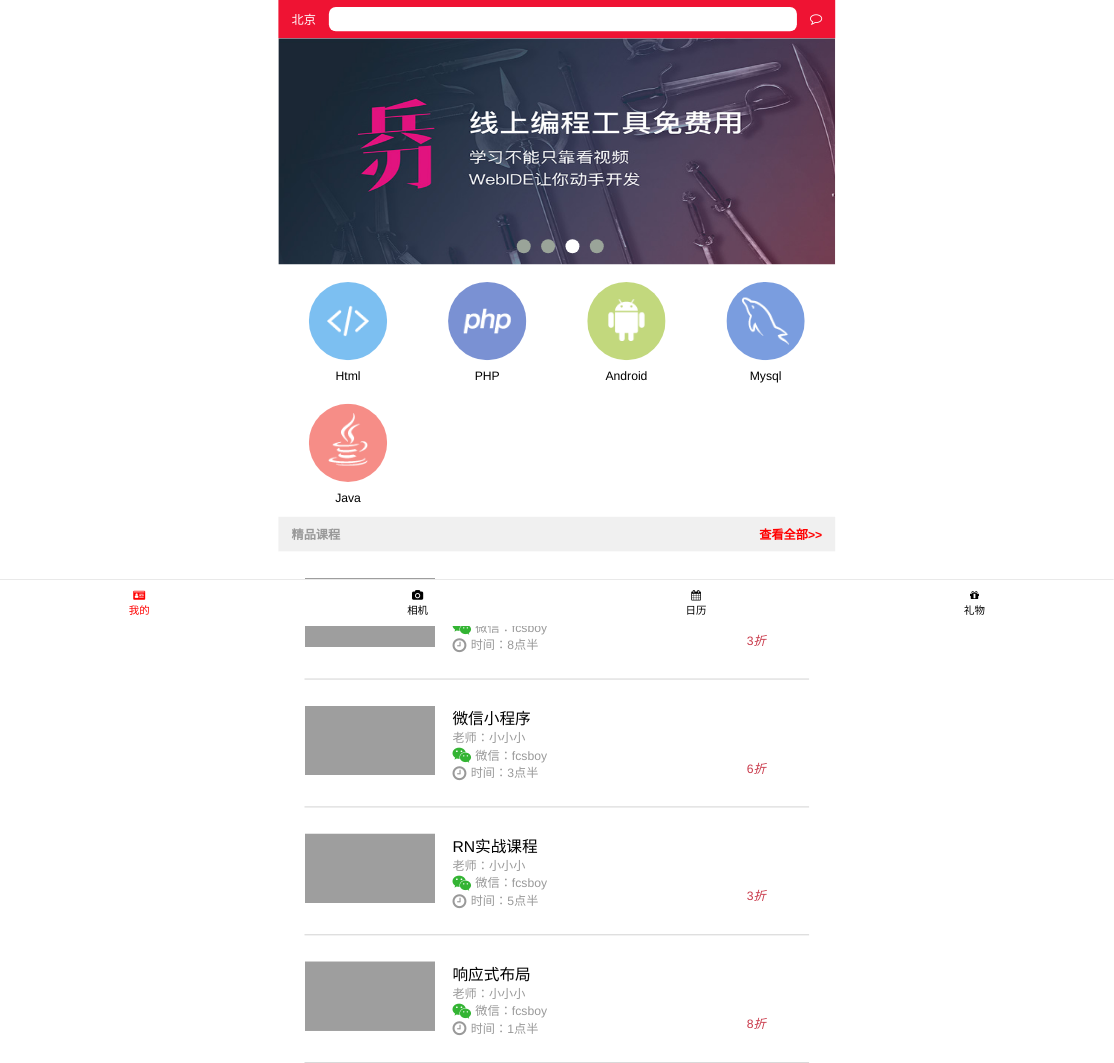
Repository: zhenzhen-gong/flextContent
Page: index.html
These files come from the project's save history. The page is drawn as it stood at one moment and after the next save; the edit follows.
The browser window is 1280 px wide. The pictures show the whole page, at 87% of full size.
Pictures or frames that could not be fetched are drawn as grey boxes.

Above is the page before, as saved 2020-06-19 10:53:34.

### index.html
<!DOCTYPE html>
<html lang="en">

<head>
    <meta charset="UTF-8">
    <meta name="viewport" content="width=device-width, initial-scale=1.0">
    <title>移动端响应式小项目</title>
    <link rel="stylesheet" href="css/style.css">
    <link rel="stylesheet" href="css/font-awesome/css/font-awesome.min.css">
    <script src="http://cdn.bootcss.com/jquery/1.12.4/jquery.js"></script>
    <script src="script.js"></script>
</head>

<body>
    <div class="Tbox">
        <header>
            <a href="#" class="left-address">北京</a>
            <input class="middle-form" name="search">
            <a href="#" class="right-message">
                <i class="fa fa-comment-o"></i>
            </a>
        </header>
        <section>
            <div class="imgholder">
                <div class="imgBox" id="imgBox">
                    <div class="imgcontent active"><img src="img/banner1.jpg" alt="图片加载失败"></div>
                    <div class="imgcontent"><img src="img/banner2.jpg" alt="图片加载失败"></div>
                    <div class="imgcontent"><img src="img/banner3.jpg" alt="图片加载失败"></div>
                    <div class="imgcontent"><img src="img/banner4.jpg" alt="图片加载失败"></div>
                </div>
                <div class="imgCircle" id="imgCircle">
                    <span class="active"></span>
                    <span></span>
                    <span></span>
                    <span></span>
                </div>
            </div>
            <div class="content">
                <div>
                    <img src="img/1.png" alt="">
                    <span>Html</span>
                </div>
                <div>
                    <img src="img/2.png" alt="">
                    <span>PHP</span>
                </div>
                <div>
                    <img src="img/3.png" alt="">
                    <span>Android</span>
                </div>
                <div>
                    <img src="img/4.png" alt="">
                    <span>Mysql</span>
                </div>
                <div>
                    <img src="img/5.png" alt="">
                    <span>Java</span>
                </div>
            </div>
            <div class="nav">
                <span>精品课程</span>
                <span>查看全部>></span>
            </div>
            <div class="items">
                <div class="item">
                    <div class="item_left">
                        <img src="http://szimg.mukewang.com/5806de7c00014a3105400300-360-202.jpg" alt="">
                    </div>
                    <div class="item_center">
                        <p>jQuery实战课程</p>
                        <p>老师：小小小</p>
                        <p><i class="fa fa-weixin fa-lg"></i>微信：fcsboy</p>
                        <p><i class="fa fa-clock-o fa-lg"></i>时间：8点半</p>
                    </div>
                    <div class="item_right">
                        <span>3</span><em>折</em>
                    </div>
                </div>
                <div class="item">
                    <div class="item_left">
                        <img src="http://szimg.mukewang.com/583e42fb0001e04f05400300-360-202.jpg" alt="">
                    </div>
                    <div class="item_center">
                        <p>微信小程序</p>
                        <p>老师：小小小</p>
                        <p><i class="fa fa-weixin fa-lg"></i>微信：fcsboy</p>
                        <p><i class="fa fa-clock-o fa-lg"></i>时间：3点半</p>
                    </div>
                    <div class="item_right">
                        <span>6</span><em>折</em>
                    </div>
                </div>
                <div class="item">
                    <div class="item_left">
                        <img src="http://szimg.mukewang.com/57ec8a820001c60b05400300-360-202.jpg" alt="">
                    </div>
                    <div class="item_center">
                        <p>RN实战课程</p>
                        <p>老师：小小小</p>
                        <p><i class="fa fa-weixin fa-lg"></i>微信：fcsboy</p>
                        <p><i class="fa fa-clock-o fa-lg"></i>时间：5点半</p>
                    </div>
                    <div class="item_right">
                        <span>3</span><em>折</em>
                    </div>
                </div>
                <div class="item">
                    <div class="item_left">
                        <img src="http://szimg.mukewang.com/576b84c10001b1c005400300-360-202.jpg" alt="">
                    </div>
                    <div class="item_center">
                        <p>响应式布局</p>
                        <p>老师：小小小</p>
                        <p><i class="fa fa-weixin fa-lg"></i>微信：fcsboy</p>
                        <p><i class="fa fa-clock-o fa-lg"></i>时间：1点半</p>
                    </div>
                    <div class="item_right">
                        <span>8</span><em>折</em>
                    </div>
                </div>
            </div>
        </section>
    </div>
    <footer>
        <div class="active">
            <a href="#" class="active">
                <i class="fa fa-id-card"></i>
            </a>
            我的
        </div>
        <div>
            <a href="#">
                <i class="fa fa-camera"></i>
            </a>
            相机
        </div>
        <div>
            <a href="#">
                <i class="fa fa-calendar"></i>
            </a>
            日历
        </div>
        <div>
            <a href="#">
                <i class="fa fa-gift"></i>
            </a>
            礼物
        </div>
    </footer>
</body>

</html>

### css/style.css
/* css初始化 */
*{
    margin: 0;
    padding: 0;
    border: none;
}
body{
    font-size: 14px;
    font-family: 'Franklin Gothic Medium', 'Arial Narrow', Arial, sans-serif;
}
a{
    text-decoration: none;
    color: black;
}
/* 正文部分 */
.Tbox{
    width: 640px;
    position: absolute;
    left: 0;
    right: 0;
    margin: 0 auto;
}
/* 头部导航 */
.Tbox>header{
   height: 44px;
   padding: 0 15px;
   background: #ef1333;
   display: flex;
   align-items: center;
}
.Tbox>header>a.left-address{
    margin-right: 15px;
    color: #ffffff;
}
.Tbox>header>input.middle-form{
   flex: 1;
   box-sizing: border-box;
   height: 28px;
   border-radius: 8px;
   border: none;
}
.Tbox>header>a.right-message{
    margin-left: 15px;
    color: #ffffff;
}
/* 图片轮播 */
section>div.imgholder{
    height: 260px;
    width: 100%;
    position: relative;
    overflow: hidden;
}
section>div.imgholder>div.imgBox{
    height: 100%;
    width: 100%;
}
section>div.imgholder>div.imgBox>div.imgcontent{
    position: absolute;
    height: 100%;
    width: 100%;
    overflow: hidden;
    display: none;
}
section>div.imgholder>div.imgBox>div.active{
    display: block;
}
section>div.imgholder>div.imgBox>div.imgcontent>img{
    width: 100%;
    height: 100%;
}
/* 控制图片切换的圆点 */
section>div.imgholder>div.imgCircle{
    position: absolute;
    bottom: 10px;
    width: 100%;
    text-align: center;
}
section>div.imgholder>div.imgCircle>span{
    display: inline-block;
    height: 16px;
    width: 16px;
    border-radius: 50%;
    background: #9aa499;
    cursor: pointer;
    margin-left: 8px;
}
section>div.imgholder>div.imgCircle>span.active{
    background: #ffffff;
}
/* 正文内容菜单部分 */
section>div.content{
    display: flex;
    flex-wrap: wrap;
    padding-top: 10px;
    background: #ffffff;
}
section>div.content>div{
    width: 25%;
    height: 120px;
    text-align: center;
    margin: 10px 0;
}
section>div.content>div>span{
    display: block;
    margin-top: 7px;
}
section>div.content>div>img{
    border-radius: 50%;
}

/* 精品课程的导航条 */
section>div.nav{
    height: 40px;
    background: #f0f0f0;
    display: flex;
    justify-content: space-between;
    align-items: center;
    padding: 0 15px;
}
section>div.nav>span:nth-child(1){
    color: #999;
    font-weight: bold;
}
section>div.nav>span:nth-child(2){
    color: red;
    font-weight: bold;
}

/* 正文内容 */
section>div.items{
    background: #ffffff;
    padding: 0 30px;
}
section>div.items>div.item{
    position: relative;
    display: flex;
    padding: 30px 0;
    border-bottom: 1px solid #cccccc;
}
section>div.items>div.item>div.item_left>img{
    width: 150px;
    height: 80px;
}
section>div.items>div.item>div.item_center{
   padding-left: 20px;
}
.item_center p:nth-child(1){
	font-size: 18px;
}
.item_center p:nth-child(2){
	color: #999;
}
.item_center p:nth-child(3){
	color: #999;
}
.item_center p:nth-child(3) i{
	color: #33b433;
	margin-right: 5px;
}
.item_center p:nth-child(4) i{
	margin-right: 5px;
}
.item_center p:nth-child(4){
	color: #999;
}
.item_center p:nth-child(5){
	color: #999;
}
.item_right{
	position: absolute;
    right: 50px;
    bottom: 35px;
	color:#c9394a;
}
/* .item_right span{
	font-size: 60px;
}
.item_right em{
	font-style: normal;
} */

/* 页脚部分 */
footer{
    position: fixed;
    bottom: 0;
    height: 54px;
    width: 100%;
    font-size: 12px;
    display: flex;
    align-items: center;
    text-align: center;
    background: #ffffff;;
    border-top: 1px solid #cccccc;
}
footer>div{
    flex: 1;
}
footer>div.active{
    color: red;
}
footer>div>a{
    display: block;
}
footer>div>a.active{
    color: red;
}

### script.js
$(document).ready(function(){
    var index = 0,
        timer = null,
        imgs = $("#imgBox").children("div"),
        circles = $("#imgCircle").children("span")
        console.log(circles);

    function imgslider () {
        //当鼠标在图片上时，停止轮播
        $("#imgBox").mouseover(function(){
            if(timer) clearInterval(timer)
        })
        //当鼠标移出图片时，图片继续轮播
        $("#imgBox").mouseout(function(){
            // 图片自动轮播
        timer = setInterval(function(){
            index++;
            if(index>=imgs.length){
                index = 0
            }
            changeImg()
        },2000)
        });
        //一开始就执行mouseout，图片轮播
        $("#imgBox").mouseout()

        // 点击圆点切换图片
        // 1、找到所有圆点  并为每个圆点绑定click事件
        for(let i = 0;i<circles.length;i++){
            circles[i].id = i;
            circles[i].onclick = function(){
                index = i;
                changeImg()
                if(timer) clearInterval(timer)
            }
        }

    }





    function changeImg() {
       // 当前图片的display属性为block，其他为none；
       for(let i = 0;i<imgs.length;i++){
           imgs[i].style.display = "none"
           circles[i].className = " "
       }
       imgs[index].style.display = "block"
       circles[index].className = "active "
    }
    imgslider()
})

Loaded but not shown: css/font-awesome/css/font-awesome.min.css (library)

After the next save:
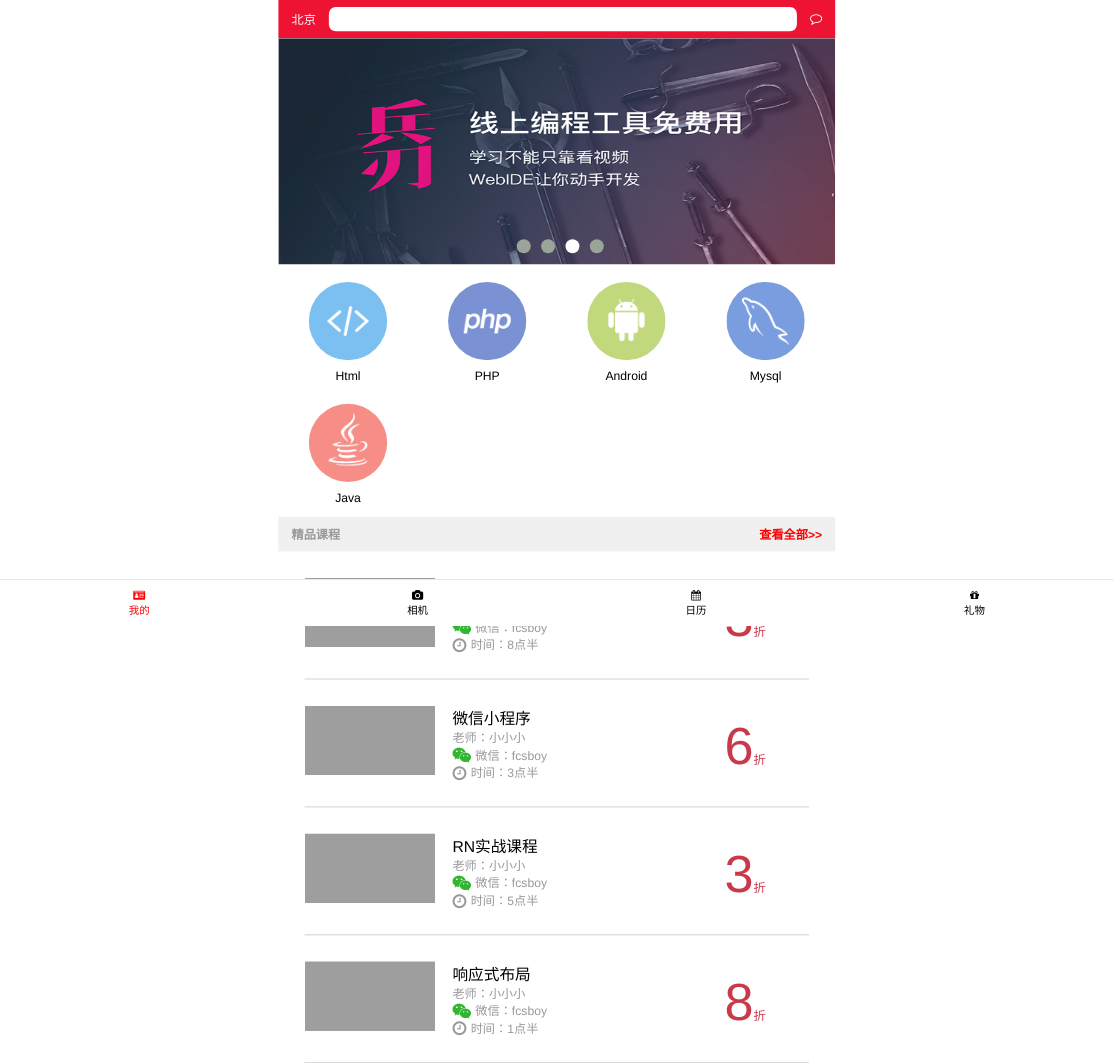
Saved 6 s later.
--- a/css/style.css
+++ b/css/style.css
@@ -172,12 +172,12 @@
     bottom: 35px;
 	color:#c9394a;
 }
-/* .item_right span{
+.item_right span{
 	font-size: 60px;
 }
 .item_right em{
 	font-style: normal;
-} */
+}
 
 /* 页脚部分 */
 footer{
